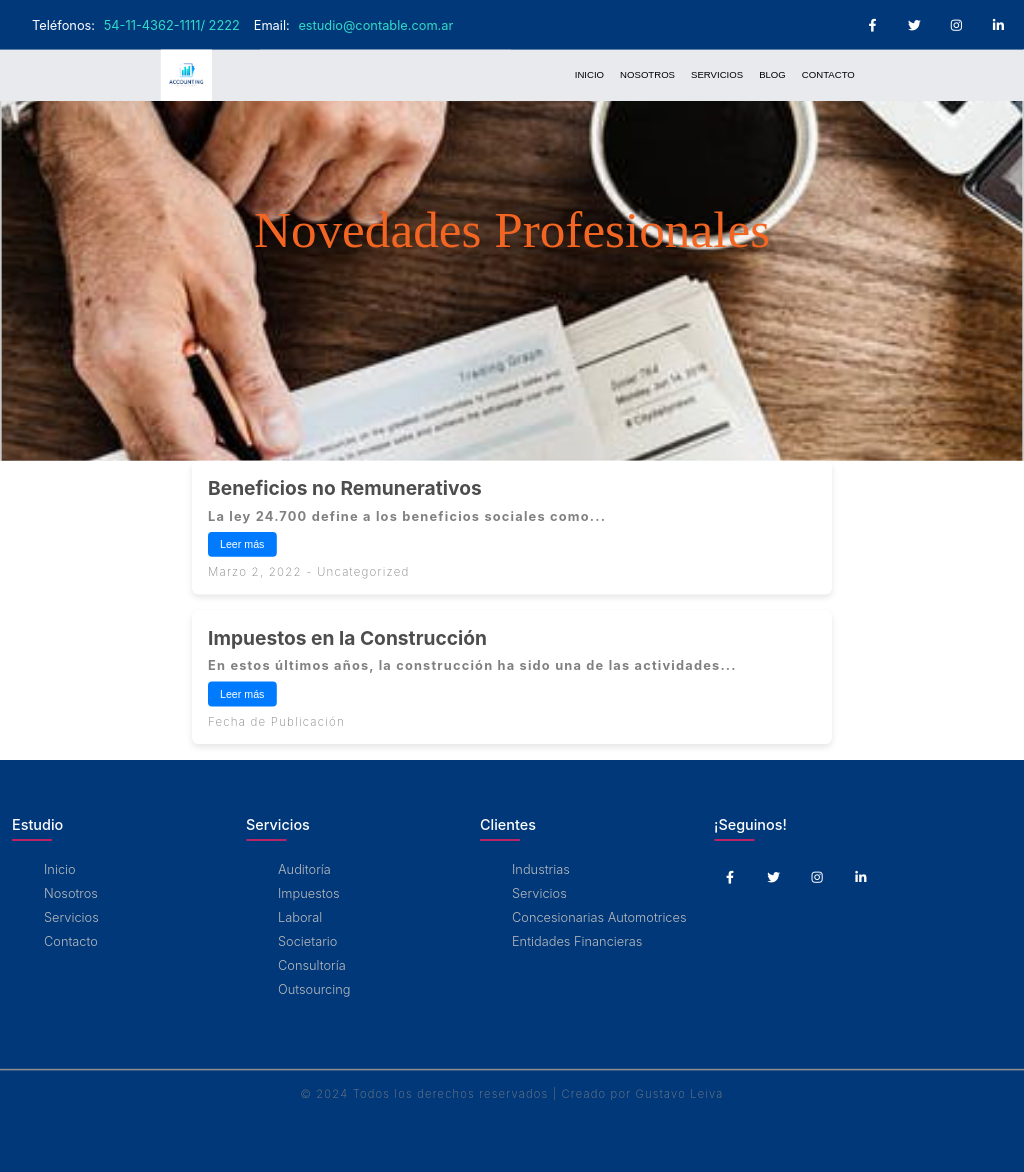
Repository: Gustavo-Leiva/estudioContable
Page: html/blog.html
An editor plug-in stored every save of this project. The page is shown before and after the next save, followed by the edit.
The browser window is 1280 px wide. The pictures show the whole page, at 80% of full size.
Some web libraries are served in a nearby version.

Above is the page before, as saved 2025-01-31 16:19:47.

### html/blog.html
<!DOCTYPE html>
<html lang="en">
<head>
    <meta charset="UTF-8">
    <meta name="viewport" content="width=device-width, initial-scale=1.0">
    <title>Blog</title>
    <script src="https://kit.fontawesome.com/363b4ef9d0.js" crossorigin="anonymous"></script>
    <link rel="stylesheet" type="text/css" href="https://cdnjs.cloudflare.com/ajax/libs/font-awesome/6.0.0/css/all.min.css">
    <link rel="stylesheet" type="text/css" href="/css/style.css">
</head>
<body>
    <header id="home" class="header">
        <nav class="nav">
            <div class="container-all">
                <div class="container-contacto">
                    <div class="contacto">
                        <ul class="nav-contacto">
                            <li>
                                <span class="contac">Teléfonos:</span>
                                <a href="#" class="phone">54-11-4362-1111/ 2222</a>
                            </li>
                            <li>
                                <span class="contac">Email:</span>
                                <a href="#" class="email">estudio@contable.com.ar</a>
                            </li>
                        </ul>
                    </div>
                    <div class="social-links">
                        <a href="#"><i class="fab fa-facebook-f"></i></a>
                        <a href="#"><i class="fab fa-twitter"></i></a>
                        <a href="#"><i class="fab fa-instagram"></i></a>
                        <a href="#"><i class="fab fa-linkedin-in"></i></a>
                    </div>
                </div>
                <div class="nav-items">
                    <img src="../img/logo2.jpg" alt="Logo del estudio" class="imagen-logo">
                    <button id="abrir" class="abrir-menu"><i class="fas fa-bars"></i></button>
                    <div class="nav-menu" id="nav">
                        <button id="cerrar" class="cerrar-menu"><i class="fa-solid fa-xmark"></i></button>
                        <ul class="nav-list">
                            <li class="menu-item"><a href="/index.html">Inicio</a></li>
                            <li class="menu-item"><a href="/html/nosotros.html">Nosotros</a></li>
                            <li class="menu-item"><a href="/html/servicios.html">Servicios</a></li>
                            <li class="menu-item"><a href="/html/blog.html">Blog</a></li>
                            <li class="menu-item"><a href="/html/contacto.html">Contacto</a></li>
                        </ul>
                    </div>
                </div>
            </div>
        </nav>
    </header>

    <section class="imagenContenedora" id="imagenContenedora">
        <img class="contenedoraBlog" src="../img/blog.jpg" alt="Imagen de blog">
        <h1 class="leyenda">Novedades Profesionales</h1>
    </section>

    <!-- Contenedor donde se cargarán dinámicamente los artículos -->
    <section id="blog-container" class="blog-container"></section>

    <footer class="footer">
        <div class="footer-container">
            <div class="row">
                <div class="footer-col">
                    <h4 class="title">Estudio</h4>
                    <ul>
                        <li><a href="#">Inicio</a></li>
                        <li><a href="#">Nosotros</a></li>
                        <li><a href="#">Servicios</a></li>
                        <li><a href="#">Contacto</a></li>
                    </ul>
                </div>
                <div class="footer-col">
                    <h4 class="title">Servicios</h4>
                    <ul>
                        <li><a href="#">Auditoría</a></li>
                        <li><a href="#">Impuestos</a></li>
                        <li><a href="#">Laboral</a></li>
                        <li><a href="#">Societario</a></li>
                        <li><a href="#">Consultoría</a></li>
                        <li><a href="#">Outsourcing</a></li>
                    </ul>
                </div>
                <div class="footer-col">
                    <h4 class="title">Clientes</h4>
                    <ul>
                        <li><a href="#">Industrias</a></li>
                        <li><a href="#">Servicios</a></li>
                        <li><a href="#">Concesionarias automotrices</a></li>
                        <li><a href="#">Entidades Financieras</a></li>
                    </ul>
                </div>
                <div class="footer-col footer-links">
                    <h4 class="title">¡Seguinos!</h4>
                    <div class="social-links">
                        <a href="#"><i class="fab fa-facebook-f"></i></a>
                        <a href="#"><i class="fab fa-twitter"></i></a>
                        <a href="#"><i class="fab fa-instagram"></i></a>
                        <a href="#"><i class="fab fa-linkedin-in"></i></a>
                    </div>
                </div>
            </div>
        </div>
        <hr>
        <p class="derechos">&copy; 2024 Todos los derechos reservados | Creado por Gustavo Leiva</p>
    </footer>

    <script src="../js/app2.js"></script>
</body>
</html>

### js/app2.js
// app2.js
document.addEventListener("DOMContentLoaded", function () {
    // Cargar artículos desde el JSON
    fetch("../js/articulos.json")
        .then(response => response.json())
        .then(data => {
            const contenedor = document.querySelector(".blog-container");

            data.forEach(articulo => {
                const card = document.createElement("div");
                card.classList.add("blog-card");

                card.innerHTML = `
                    <h2>${articulo.titulo}</h2>
                    <p class="summary">${articulo.resumen}</p>
                    <p class="full-content" style="display: none;">${articulo.contenido}</p>
                    <button class="read-more">Leer más</button>
                    <p class="date">${articulo.fecha}</p>
                `;

                contenedor.appendChild(card);
            });

            // Llamar a la función para activar los botones después de agregar los artículos
            inicializarBotones();
        })
        .catch(error => console.error("Error cargando los artículos:", error));
});

Loaded but not shown: js/articulos.json (14 lines, source omitted); css/style.css (1295 lines, source omitted)

After the next save:
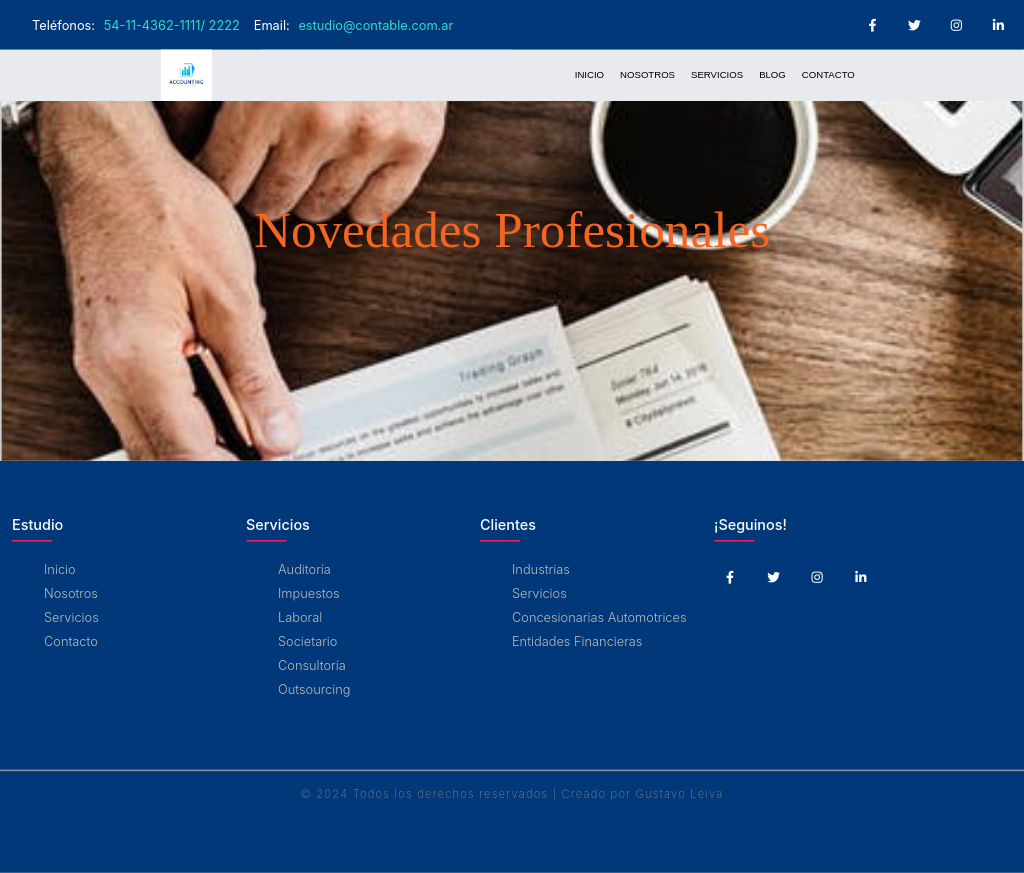
Console error: TypeError: Cannot set properties of null (setting 'textContent')
Saved 89 min 19 s later.
--- a/js/app2.js
+++ b/js/app2.js
@@ -1,28 +1,12 @@
-// app2.js
+// leyendas.js
 document.addEventListener("DOMContentLoaded", function () {
-    // Cargar artículos desde el JSON
-    fetch("../js/articulos.json")
-        .then(response => response.json())
-        .then(data => {
-            const contenedor = document.querySelector(".blog-container");
+    let leyendas = ["Servicios Impositivos", "Auditorias", "Servicios Previsionales", "Servicios Contables", "Servicios Financieros"];
+    let indiceLeyenda = 0;
 
-            data.forEach(articulo => {
-                const card = document.createElement("div");
-                card.classList.add("blog-card");
+    function CambiarLeyenda() {
+        document.getElementById("leyenda").textContent = leyendas[indiceLeyenda];
+        indiceLeyenda = (indiceLeyenda + 1) % leyendas.length;
+    }
 
-                card.innerHTML = `
-                    <h2>${articulo.titulo}</h2>
-                    <p class="summary">${articulo.resumen}</p>
-                    <p class="full-content" style="display: none;">${articulo.contenido}</p>
-                    <button class="read-more">Leer más</button>
-                    <p class="date">${articulo.fecha}</p>
-                `;
-
-                contenedor.appendChild(card);
-            });
-
-            // Llamar a la función para activar los botones después de agregar los artículos
-            inicializarBotones();
-        })
-        .catch(error => console.error("Error cargando los artículos:", error));
+    setInterval(CambiarLeyenda, 2500);
 });
